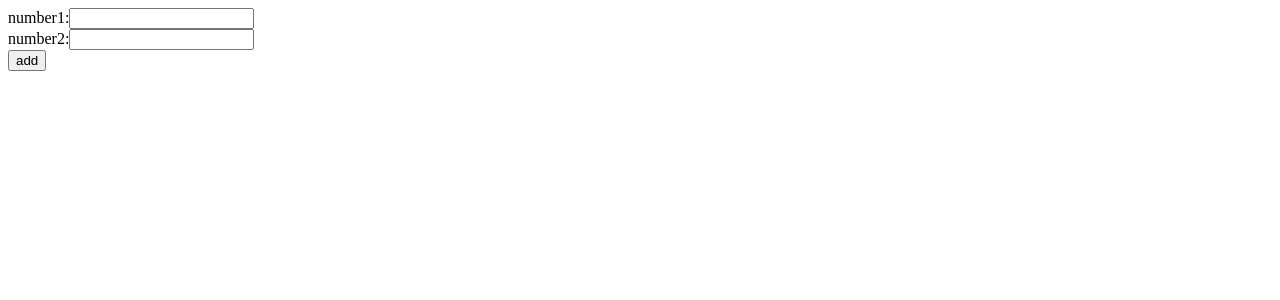
Repository: pkc189/Techment
Page: Advance Java Server Side/HelloWorld/WebContent/Calculation.html
An editor plug-in stored every save of this project. The page is shown before and after the next save, followed by the edit.
The browser window is 1280 px wide. The pictures show the whole page.

Above is the page before, as saved 2021-08-20 07:19:37.

After the next save:
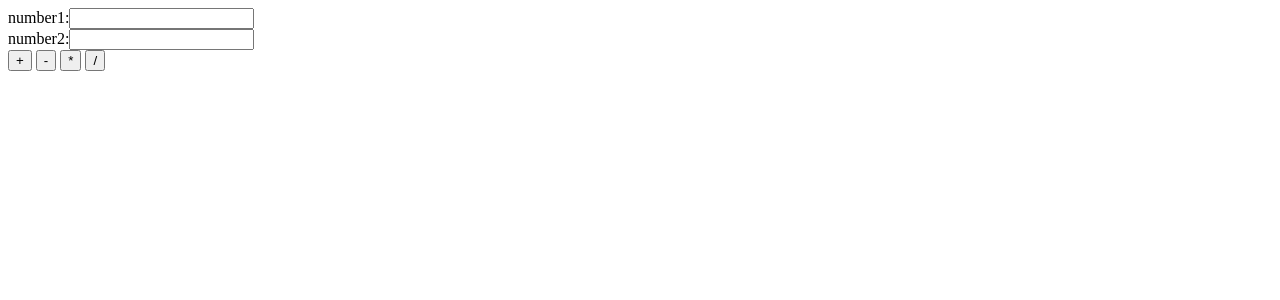
Saved 38 min 27 s later.
--- a/Advance Java Server Side/HelloWorld/WebContent/Calculation.html
+++ b/Advance Java Server Side/HelloWorld/WebContent/Calculation.html
@@ -13,7 +13,10 @@ number1:<input type="text" name="n1">
 <br/>
 number2:<input type="text" name="n2">
 <br/>
-<input type="submit" value="add">
+<input type="submit" value="+" name="calculation">
+<input type="submit" value="-" name="calculation">
+<input type="submit" value="*" name="calculation">
+<input type="submit" value="/" name="calculation">
 </form>
 
 
